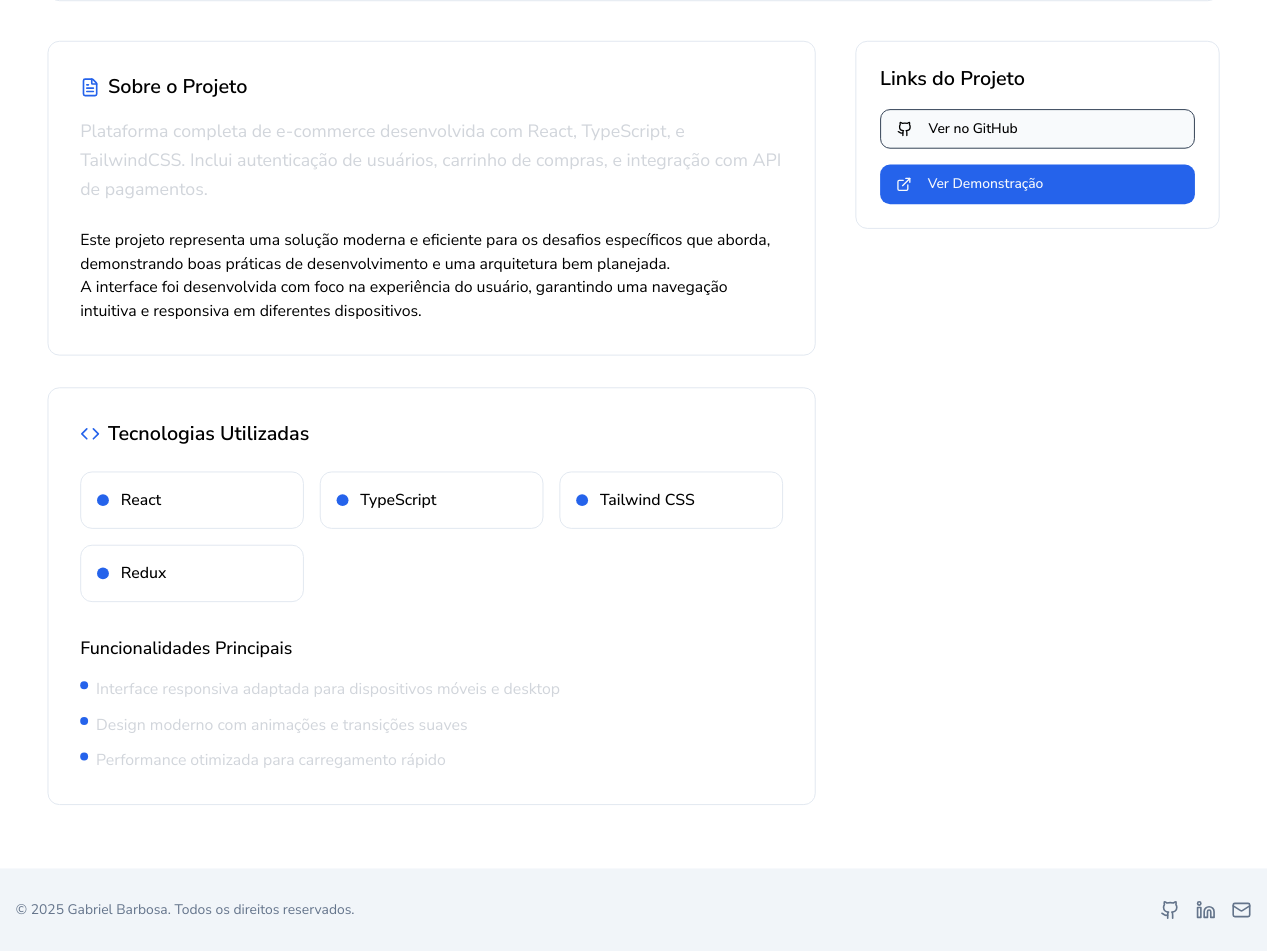
Repository: Biel-barbosa/portfolio-gabriel
Page: /projetos/1
An editor plug-in stored every save of this project. The page is shown before and after the next save, followed by the edit.
The browser window is 1280 px wide. The pictures show the part of the page from y = 679 to 1640 px (the page is 1640 px tall), at 99% of full size.
The page's requests for data from a server got no answer. The project was rebuilt for these pictures with package versions that can differ from the ones it lists, and the page was loaded fresh each time. No one was signed in, and anything a server would have sent is missing. Also part of the build but not shown: vite.config.ts, src/components/ui/tooltip.tsx, src/components/ui/card.tsx, src/components/ui/badge.tsx, src/components/ProjectCard.tsx, src/pages/Index.tsx, src/pages/Projects.tsx, src/pages/Contact.tsx and 1 more.

Above is the page before, as saved 2025-05-20 17:01:13.

### index.html

<!DOCTYPE html>
<html lang="pt-BR">
  <head>
    <meta charset="UTF-8" />
    <meta name="viewport" content="width=device-width, initial-scale=1.0" />
    <title>Gabriel Barbosa | Desenvolvedor Front-end</title>
    <meta name="description" content="Portfólio de Gabriel Barbosa - Desenvolvedor Front-end Júnior" />
    <meta name="author" content="Gabriel Barbosa" />

    <meta property="og:title" content="Gabriel Barbosa | Desenvolvedor Front-end" />
    <meta property="og:description" content="Portfólio de Gabriel Barbosa - Desenvolvedor Front-end Júnior" />
    <meta property="og:type" content="website" />
    <link rel="icon" type="image/svg+xml" href="/favicon.svg" />
  </head>

  <body>
    <div id="root"></div>
    <!-- IMPORTANT: DO NOT REMOVE THIS SCRIPT TAG OR THIS VERY COMMENT! -->
    <script src="https://cdn.gpteng.co/gptengineer.js" type="module"></script>
    <script type="module" src="/src/main.tsx"></script>
  </body>
</html>

### src/App.tsx

import { Toaster } from "@/components/ui/toaster";
import { Toaster as Sonner } from "@/components/ui/sonner";
import { TooltipProvider } from "@/components/ui/tooltip";
import { QueryClient, QueryClientProvider } from "@tanstack/react-query";
import { BrowserRouter, Routes, Route } from "react-router-dom";
import Index from "./pages/Index";
import Projects from "./pages/Projects";
import ProjectDetail from "./pages/ProjectDetail";
import Contact from "./pages/Contact";
import NotFound from "./pages/NotFound";

const queryClient = new QueryClient();

const App = () => (
  <QueryClientProvider client={queryClient}>
    <TooltipProvider>
      <Toaster />
      <Sonner />
      <BrowserRouter>
        <Routes>
          <Route path="/" element={<Index />} />
          <Route path="/projetos" element={<Projects />} />
          <Route path="/projetos/:id" element={<ProjectDetail />} />
          <Route path="/contato" element={<Contact />} />
          <Route path="*" element={<NotFound />} />
        </Routes>
      </BrowserRouter>
    </TooltipProvider>
  </QueryClientProvider>
);

export default App;

### src/index.css

@import url('https://fonts.googleapis.com/css2?family=Nunito+Sans:opsz,wght@6..12,300;6..12,400;6..12,500;6..12,600;6..12,700&display=swap');

@tailwind base;
@tailwind components;
@tailwind utilities;

@layer base {
  :root {
    --background: 210 40% 98%;
    --foreground: 222.2 84% 4.9%;

    --card: 0 0% 100%;
    --card-foreground: 222.2 84% 4.9%;

    --popover: 0 0% 100%;
    --popover-foreground: 222.2 84% 4.9%;

    --primary: 221.2 83% 53.3%;
    --primary-foreground: 210 40% 98%;

    --secondary: 210 40% 96.1%;
    --secondary-foreground: 222.2 47.4% 11.2%;

    --muted: 210 40% 96.1%;
    --muted-foreground: 215.4 16.3% 46.9%;

    --accent: 221.2 83% 53.3%;
    --accent-foreground: 222.2 47.4% 11.2%;

    --destructive: 0 84.2% 60.2%;
    --destructive-foreground: 210 40% 98%;

    --border: 214.3 31.8% 91.4%;
    --input: 214.3 31.8% 91.4%;
    --ring: 221.2 83% 53.3%;

    --radius: 0.75rem;
  }

  * {
    @apply border-border;
  }

  body {
    @apply bg-background text-foreground;
    font-feature-settings: "rlig" 1, "calt" 1;
    font-family: 'Nunito Sans', sans-serif;
  }

  .tech-tag {
    @apply bg-secondary text-secondary-foreground rounded-full px-3 py-1 text-sm font-medium transition-colors;
  }

  .card-hover {
    @apply transition-all hover:shadow-lg hover:-translate-y-1;
  }

  .button-primary {
    @apply bg-primary text-primary-foreground hover:bg-primary/90 rounded-full px-6 py-2 font-medium transition-colors;
  }

  .button-secondary {
    @apply bg-secondary text-secondary-foreground hover:bg-secondary/80 rounded-full px-6 py-2 font-medium transition-colors border border-secondary;
  }
}

### src/components/ui/toaster.tsx

"use client"

import {
  Toast,
  ToastClose,
  ToastDescription,
  ToastProvider,
  ToastTitle,
  ToastViewport,
} from "@/components/ui/toast"
import { useToast } from "@/components/ui/use-toast"

export function Toaster() {
  const { toasts } = useToast()

  return (
    <ToastProvider>
      {toasts.map(function ({ id, title, description, action, ...props }) {
        return (
          <Toast key={id} {...props}>
            <div className="grid gap-1">
              {title && <ToastTitle>{title}</ToastTitle>}
              {description && (
                <ToastDescription>{description}</ToastDescription>
              )}
            </div>
            {action}
            <ToastClose />
          </Toast>
        )
      })}
      <ToastViewport />
    </ToastProvider>
  )
}

### src/components/ui/sonner.tsx
import { useTheme } from "next-themes"
import { Toaster as Sonner, toast } from "sonner"

type ToasterProps = React.ComponentProps<typeof Sonner>

const Toaster = ({ ...props }: ToasterProps) => {
  const { theme = "system" } = useTheme()

  return (
    <Sonner
      theme={theme as ToasterProps["theme"]}
      className="toaster group"
      toastOptions={{
        classNames: {
          toast:
            "group toast group-[.toaster]:bg-background group-[.toaster]:text-foreground group-[.toaster]:border-border group-[.toaster]:shadow-lg",
          description: "group-[.toast]:text-muted-foreground",
          actionButton:
            "group-[.toast]:bg-primary group-[.toast]:text-primary-foreground",
          cancelButton:
            "group-[.toast]:bg-muted group-[.toast]:text-muted-foreground",
        },
      }}
      {...props}
    />
  )
}

export { Toaster, toast }

### src/pages/ProjectDetail.tsx

import React, { useEffect, useState } from 'react';
import { useParams, Link } from 'react-router-dom';
import { ArrowLeft, Calendar, Github, Globe, Code, FileText, ExternalLink, Image, Folder } from 'lucide-react';
import { getProjectById } from '../services/projectService';
import { Project } from '../types';
import { Button } from '@/components/ui/button';
import Header from '../components/Header';
import Footer from '../components/Footer';

const ProjectDetail = () => {
  const { id } = useParams<{ id: string }>();
  const [project, setProject] = useState<Project | null>(null);
  const [isLoading, setIsLoading] = useState(true);
  const [error, setError] = useState<string | null>(null);

  useEffect(() => {
    const loadProject = async () => {
      if (!id) return;

      try {
        setIsLoading(true);
        const data = await getProjectById(id);

        if (!data) {
          setError('Projeto não encontrado.');
          return;
        }

        setProject(data);
      } catch (err) {
        setError('Falha ao carregar detalhes do projeto.');
        console.error('Erro ao carregar detalhes do projeto:', err);
      } finally {
        setIsLoading(false);
      }
    };

    loadProject();
  }, [id]);

  const formatDate = (dateString?: string) => {
    if (!dateString) return 'Data não disponível';

    return new Date(dateString).toLocaleDateString('pt-BR', {
      year: 'numeric',
      month: 'long',
      day: 'numeric'
    });
  };

  return (
    <div className="min-h-screen flex flex-col bg-white text-black">
      <Header />

      <main className="flex-grow pt-24 pb-16 px-4">
        <div className="container mx-auto">
          <Link
            to="/projetos"
            className="inline-flex items-center text-sm text-black hover:text-primary transition-colors mb-8"
          >
            <ArrowLeft className="mr-2 h-4 w-4" />
            Voltar para Projetos
          </Link>

          {isLoading && (
            <div className="flex justify-center items-center py-20">
              <div className="animate-spin rounded-full h-12 w-12 border-b-2 border-primary"></div>
            </div>
          )}

          {error && (
            <div className="text-center py-20">
              <p className="text-destructive">{error}</p>
              <Link
                to="/projetos"
                className="mt-4 inline-block text-primary hover:underline"
              >
                Voltar para lista de projetos
              </Link>
            </div>
          )}

          {!isLoading && project && (
            <div className="animate-fade-in">
              <div className="mb-8">
                <div className="flex items-center gap-2 text-xs text-gray-400 mb-2">
                  <Folder className="h-4 w-4" />
                  <span>Projetos</span>
                  <span>/</span>
                  <span className="text-primary">{project.name}</span>
                </div>

                <h1 className="text-3xl md:text-4xl font-bold mb-4">{project.name}</h1>

                <div className="flex flex-wrap items-center gap-4 text-sm text-gray-400 mb-6">
                  {project.deployedAt && (
                    <div className="flex items-center">
                      <Calendar className="mr-1 h-4 w-4" />
                      <span>Atualizado em {formatDate(project.deployedAt)}</span>
                    </div>
                  )}

                  <div className="flex items-center gap-3">
                    {project.githubUrl && (
                      <div className="flex items-center">
                        <Github className="mr-1 h-4 w-4" />
                        <span>GitHub</span>
                      </div>
                    )}

                    {project.deployUrl && (
                      <div className="flex items-center">
                        <Globe className="mr-1 h-4 w-4 text-blue-400" />
                        <span>Vercel</span>
                      </div>
                    )}
                  </div>
                </div>
              </div>

              <div className="rounded-lg overflow-hidden mb-10 h-[400px] bg-white-800 border border-white-700">
                {project.imageUrl ? (
                  <img
                    src={project.imageUrl}
                    alt={project.name}
                    className="w-full h-full object-cover"
                  />
                ) : (
                  <div className="flex items-center justify-center h-full text-slate-500">
                    <Image className="h-16 w-16" />
                  </div>
                )}
              </div>

              <div className="grid md:grid-cols-3 gap-10">
                <div className="md:col-span-2">
                  <div className="bg-white border border-white-800 rounded-lg p-8 mb-8">
                    <h2 className="text-xl font-semibold mb-4 flex items-center">
                      <FileText className="mr-2 h-5 w-5 text-primary" />
                      Sobre o Projeto
                    </h2>
                    <p className="text-lg text-gray-300 leading-relaxed mb-6">
                      {project.description}
                    </p>

                    <div className="prose prose-invert max-w-none">
                      <p>Este projeto representa uma solução moderna e eficiente para os desafios específicos que aborda, demonstrando boas práticas de desenvolvimento e uma arquitetura bem planejada.</p>

                      <p>A interface foi desenvolvida com foco na experiência do usuário, garantindo uma navegação intuitiva e responsiva em diferentes dispositivos.</p>
                    </div>
                  </div>

                  <div className="bg-white border border-white-800 rounded-lg p-8">
                    <h2 className="text-xl font-semibold mb-6 flex items-center">
                      <Code className="mr-2 h-5 w-5 text-primary" />
                      Tecnologias Utilizadas
                    </h2>

                    <div className="grid grid-cols-2 md:grid-cols-3 gap-4 mb-8">
                      {project.technologies && project.technologies.map((tech, index) => (
                        <div key={index} className="bg-white border border-white-700 rounded-lg p-4 flex items-center gap-3">
                          <span className="h-3 w-3 rounded-full bg-primary"></span>
                          <span className="font-medium">{tech}</span>
                        </div>
                      ))}
                    </div>

                    <div className="mt-8">
                      <h3 className="text-lg font-medium mb-4">Funcionalidades Principais</h3>
                      <ul className="space-y-3 text-gray-300">
                        <li className="flex items-start gap-2">
                          <span className="mt-1 h-2 w-2 rounded-full bg-primary shrink-0"></span>
                          <span>Interface responsiva adaptada para dispositivos móveis e desktop</span>
                        </li>
                        <li className="flex items-start gap-2">
                          <span className="mt-1 h-2 w-2 rounded-full bg-primary shrink-0"></span>
                          <span>Design moderno com animações e transições suaves</span>
                        </li>
                        <li className="flex items-start gap-2">
                          <span className="mt-1 h-2 w-2 rounded-full bg-primary shrink-0"></span>
                          <span>Performance otimizada para carregamento rápido</span>
                        </li>
                        {project.name.toLowerCase().includes('dashboard') && (
                          <>
                            <li className="flex items-start gap-2">
                              <span className="mt-1 h-2 w-2 rounded-full bg-primary shrink-0"></span>
                              <span>Painéis interativos com visualizações de dados em tempo real</span>
                            </li>
                            <li className="flex items-start gap-2">
                              <span className="mt-1 h-2 w-2 rounded-full bg-primary shrink-0"></span>
                              <span>Sistema de autenticação e controle de acesso</span>
                            </li>
                          </>
                        )}
                        {project.name.toLowerCase().includes('ecommerce') && (
                          <>
                            <li className="flex items-start gap-2">
                              <span className="mt-1 h-2 w-2 rounded-full bg-primary shrink-0"></span>
                              <span>Catálogo de produtos com filtragem avançada</span>
                            </li>
                            <li className="flex items-start gap-2">
                              <span className="mt-1 h-2 w-2 rounded-full bg-primary shrink-0"></span>
                              <span>Sistema de carrinho e checkout seguro</span>
                            </li>
                          </>
                        )}
                      </ul>
                    </div>
                  </div>
                </div>

                <div>
                  <div className="bg-white-900 border border-white-800 rounded-lg p-6">
                    <h2 className="text-xl font-semibold mb-4">Links do Projeto</h2>

                    <div className="flex flex-col space-y-4">
                      {project.githubUrl && (
                        <Button variant="outline" className="w-full justify-start border-slate-700 hover:bg-slate-800" asChild>
                          <a
                            href={project.githubUrl}
                            target="_blank"
                            rel="noopener noreferrer"
                          >
                            <Github className="mr-2 h-5 w-5" />
                            Ver no GitHub
                          </a>
                        </Button>
                      )}

                      {project.deployUrl && (
                        <Button variant="default" className="w-full justify-start bg-primary hover:bg-primary/80" asChild>
                          <a
                            href={project.deployUrl}
                            target="_blank"
                            rel="noopener noreferrer"
                          >
                            <ExternalLink className="mr-2 h-5 w-5" />
                            Ver Demonstração
                          </a>
                        </Button>
                      )}
                    </div>
                  </div>
                </div>
              </div>
            </div>
          )}
        </div>
      </main>

      <Footer />
    </div>
  );
};

export default ProjectDetail;

### src/components/ui/button.tsx
import * as React from "react"
import { Slot } from "@radix-ui/react-slot"
import { cva, type VariantProps } from "class-variance-authority"

import { cn } from "@/lib/utils"

const buttonVariants = cva(
  "inline-flex items-center justify-center gap-2 whitespace-nowrap rounded-md text-sm font-medium ring-offset-background transition-colors focus-visible:outline-none focus-visible:ring-2 focus-visible:ring-ring focus-visible:ring-offset-2 disabled:pointer-events-none disabled:opacity-50 [&_svg]:pointer-events-none [&_svg]:size-4 [&_svg]:shrink-0",
  {
    variants: {
      variant: {
        default: "bg-primary text-primary-foreground hover:bg-primary/90",
        destructive:
          "bg-destructive text-destructive-foreground hover:bg-destructive/90",
        outline:
          "border border-input bg-background hover:bg-accent hover:text-accent-foreground",
        secondary:
          "bg-secondary text-secondary-foreground hover:bg-secondary/80",
        ghost: "hover:bg-accent hover:text-accent-foreground",
        link: "text-primary underline-offset-4 hover:underline",
      },
      size: {
        default: "h-10 px-4 py-2",
        sm: "h-9 rounded-md px-3",
        lg: "h-11 rounded-md px-8",
        icon: "h-10 w-10",
      },
    },
    defaultVariants: {
      variant: "default",
      size: "default",
    },
  }
)

export interface ButtonProps
  extends React.ButtonHTMLAttributes<HTMLButtonElement>,
    VariantProps<typeof buttonVariants> {
  asChild?: boolean
}

const Button = React.forwardRef<HTMLButtonElement, ButtonProps>(
  ({ className, variant, size, asChild = false, ...props }, ref) => {
    const Comp = asChild ? Slot : "button"
    return (
      <Comp
        className={cn(buttonVariants({ variant, size, className }))}
        ref={ref}
        {...props}
      />
    )
  }
)
Button.displayName = "Button"

export { Button, buttonVariants }

### src/components/Footer.tsx

import React from 'react';
import { Github, Linkedin, Mail } from 'lucide-react';

const Footer = () => {
  return (
    <footer className="bg-secondary py-8">
      <div className="container mx-auto px-4">
        <div className="flex flex-col md:flex-row justify-between items-center">
          <div className="mb-4 md:mb-0">
            <p className="text-sm text-muted-foreground">
              © {new Date().getFullYear()} Gabriel Barbosa. Todos os direitos reservados.
            </p>
          </div>

          <div className="flex space-x-4">
            <a
              href="https://github.com/Biel-barbosa"
              target="_blank"
              rel="noopener noreferrer"
              className="text-muted-foreground hover:text-primary transition-colors"
              aria-label="GitHub"
            >
              <Github className="h-5 w-5" />
            </a>
            <a
              href="https://www.linkedin.com/in/gabriel-a-barbosa/"
              target="_blank"
              rel="noopener noreferrer"
              className="text-muted-foreground hover:text-primary transition-colors"
              aria-label="LinkedIn"
            >
              <Linkedin className="h-5 w-5" />
            </a>
            <a
              href="mailto:gabriellbarbosaads@gmail.com"
              className="text-muted-foreground hover:text-primary transition-colors"
              aria-label="Email"
            >
              <Mail className="h-5 w-5" />
            </a>
          </div>
        </div>
      </div>
    </footer>
  );
};

export default Footer;

### src/api/vercel-projects.ts

// Handler para buscar projetos da Vercel

export async function fetchVercelProjects() {
  try {
    const VERCEL_TOKEN = 'jzprp7RQAOHCJR7IR6Gez3uf'; // Normalmente seria process.env.VERCEL_TOKEN

    const response = await fetch('https://api.vercel.com/v6/projects', {
      headers: {
        'Authorization': `Bearer ${VERCEL_TOKEN}`,
        'Content-Type': 'application/json',
      }
    });

    if (!response.ok) {
      throw new Error(`Erro ao buscar projetos da Vercel: ${response.status}`);
    }

    const data = await response.json();
    return data.projects || [];
  } catch (error) {
    console.error('Erro na API:', error);
    throw new Error('Failed to fetch Vercel projects');
  }
}

Loaded but not shown: src/main.tsx (common file); src/lib/utils.ts (common file); src/services/projectService.ts (174 lines, source omitted); src/components/ui/toast.tsx (128 lines, source omitted); src/components/ui/use-toast.ts (191 lines, source omitted); tailwind.config.ts (106 lines, source omitted); src/components/Header.tsx (77 lines, source omitted)

After the next save:
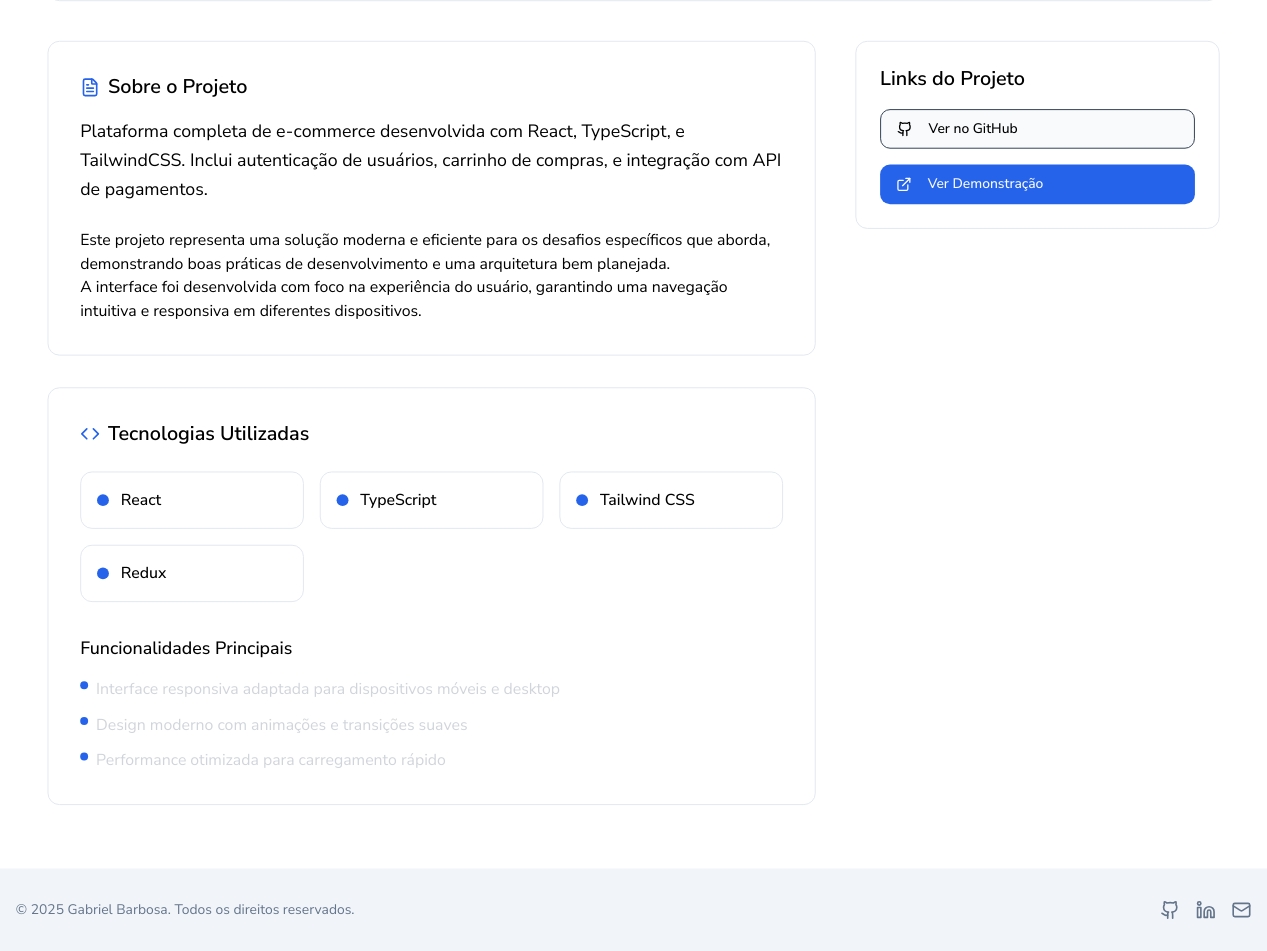
Saved 75 s later.
--- a/src/pages/ProjectDetail.tsx
+++ b/src/pages/ProjectDetail.tsx
@@ -140,7 +140,7 @@ const ProjectDetail = () => {
                       <FileText className="mr-2 h-5 w-5 text-primary" />
                       Sobre o Projeto
                     </h2>
-                    <p className="text-lg text-gray-300 leading-relaxed mb-6">
+                    <p className="text-lg text-black-300 leading-relaxed mb-6">
                       {project.description}
                     </p>
 
